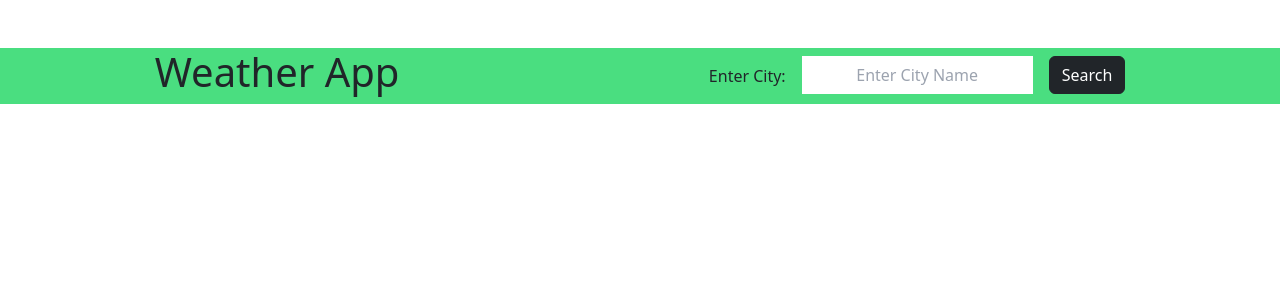
Repository: bhaveshtrades/weatherapp
Page: /
These files come from the project's save history. The page is drawn as it stood at one moment and after the next save; the edit follows.
The browser window is 1280 px wide. The pictures show the whole page.
The project was rebuilt for these pictures with package versions that can differ from the ones it lists, and the page was loaded fresh each time. Also part of the build but not shown: src/components/DetailedWeather.jsx, src/components/HourlyForecast.jsx.

Above is the page before, as saved 2023-01-17 18:17:29.

After the next save:
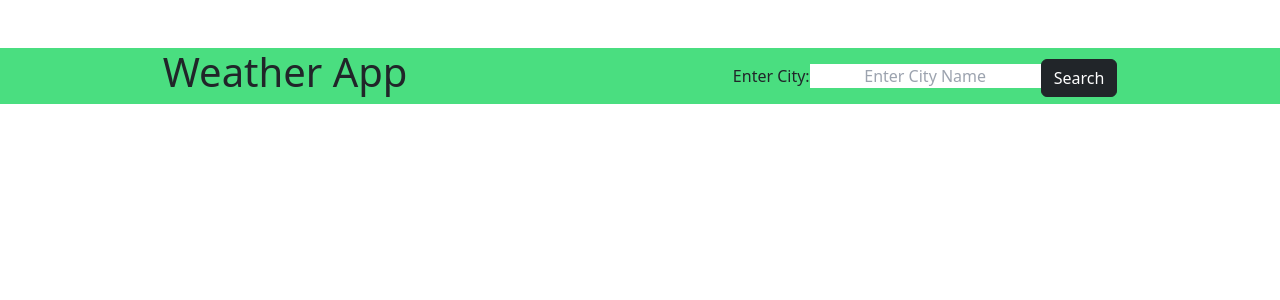
Saved 67 s later.
--- a/src/components/Navbar.jsx
+++ b/src/components/Navbar.jsx
@@ -9,7 +9,7 @@
     <h1>Weather App</h1>
     </div>
     <div className='pt-2'>
-    <form role="search" onSubmit={resultProp} className="flex gap-x-4">
+    <form role="search" onSubmit={resultProp}>
         <label htmlFor='cityName' className='pt-2'>Enter City: </label>
         <input type='text' className='text-center' placeholder='Enter City Name' onChange={cityProp}/>
         <button type="submit" className='btn btn-dark' onClick={resultProp}>Search</button>

After the save that followed:
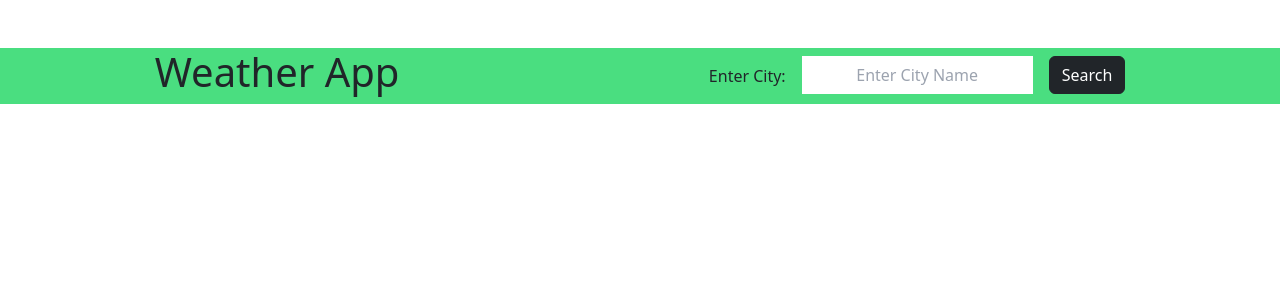
Saved 47 s later.
--- a/src/components/Navbar.jsx
+++ b/src/components/Navbar.jsx
@@ -9,7 +9,7 @@
     <h1>Weather App</h1>
     </div>
     <div className='pt-2'>
-    <form role="search" onSubmit={resultProp}>
+    <form role="search" onSubmit={resultProp} className='flex gap-x-4'>
         <label htmlFor='cityName' className='pt-2'>Enter City: </label>
         <input type='text' className='text-center' placeholder='Enter City Name' onChange={cityProp}/>
         <button type="submit" className='btn btn-dark' onClick={resultProp}>Search</button>
